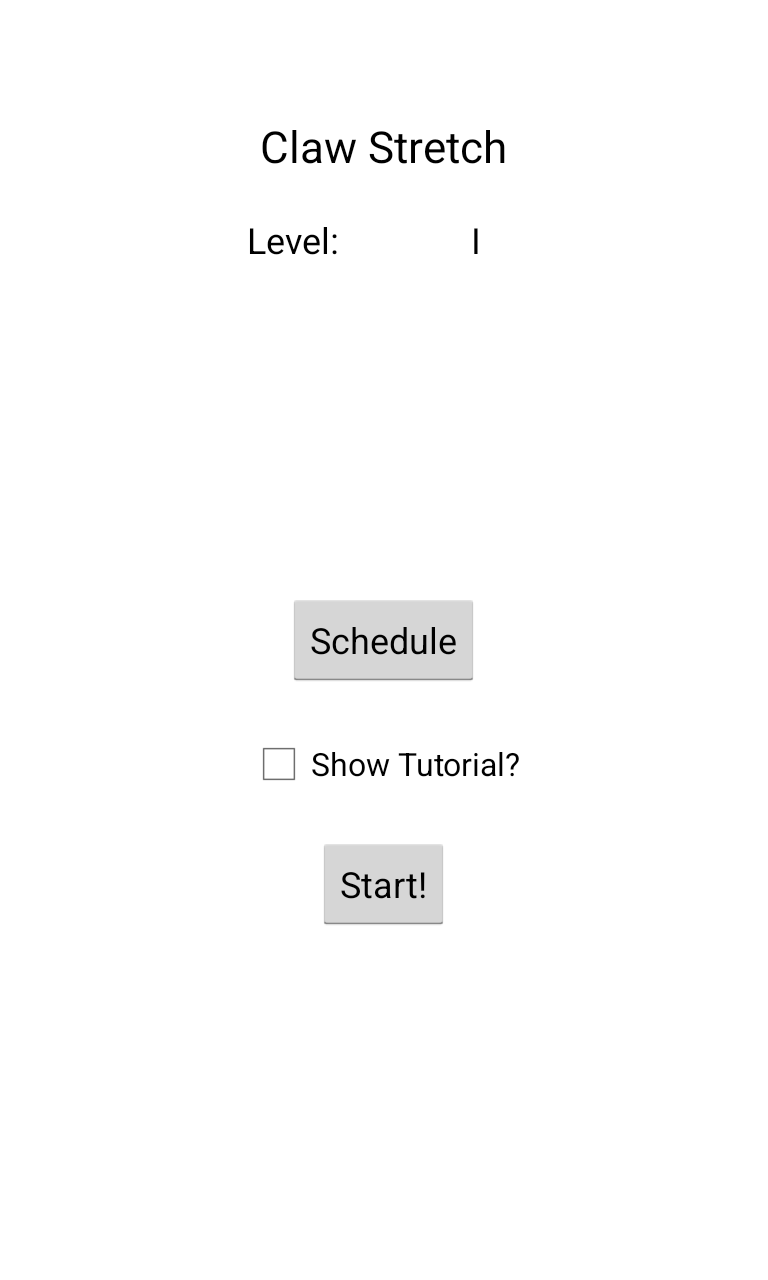
Repository: zi-yang-zhang/ECSE424-Group8
Layout: Hi Fi Prototype/ReHand/ReHand/res/layout/activity_open_and_close_page.xml
An editor plug-in stored every save of this project. The layout is shown before and after the next save, followed by the edit.
It is drawn on a 768 x 1280 px phone screen (xhdpi) without system bars, with theme AppTheme; the app's code is not run.

Above is the layout before, as saved 2014-02-18 05:09:17.

### Hi Fi Prototype/ReHand/ReHand/res/layout/activity_open_and_close_page.xml
<RelativeLayout xmlns:android="http://schemas.android.com/apk/res/android"
    xmlns:tools="http://schemas.android.com/tools"
    android:layout_width="match_parent"
    android:layout_height="match_parent"
    android:paddingBottom="@dimen/activity_vertical_margin"
    android:paddingLeft="@dimen/activity_horizontal_margin"
    android:paddingRight="@dimen/activity_horizontal_margin"
    android:paddingTop="@dimen/activity_vertical_margin"
    tools:context=".ClawStretchPage" >

    <TextView
        android:id="@+id/textView1"
        android:layout_width="wrap_content"
        android:layout_height="wrap_content"
        android:layout_alignParentTop="true"
        android:layout_centerHorizontal="true"
        android:layout_marginTop="42dp"
        android:text="@string/exercise_botton_text_claw_stretch"
        android:textAppearance="?android:attr/textAppearanceLarge" />

    <TextView
        android:id="@+id/textView3"
        android:layout_width="wrap_content"
        android:layout_height="wrap_content"
        android:layout_alignBottom="@+id/textView2"
        android:layout_alignRight="@+id/button1"
        android:text="@string/claw_stretch_level"
        android:textAppearance="?android:attr/textAppearanceMedium" />

    <Button
        android:id="@+id/button1"
        android:layout_width="wrap_content"
        android:layout_height="wrap_content"
        android:layout_centerHorizontal="true"
        android:layout_centerVertical="true"
        android:text="@string/exercise_botton_schedule" />

    <CheckBox
        android:id="@+id/claw_stretch_tutorial"
        android:layout_width="wrap_content"
        android:layout_height="wrap_content"
        android:layout_below="@+id/button1"
        android:layout_centerHorizontal="true"
        android:layout_marginTop="22dp"
        android:text="@string/exercise_tutorial_check_box" />

    <TextView
        android:id="@+id/textView2"
        android:layout_width="wrap_content"
        android:layout_height="wrap_content"
        android:layout_alignLeft="@+id/claw_stretch_tutorial"
        android:layout_below="@+id/textView1"
        android:layout_marginTop="20dp"
        android:text="@string/exercise_level_text"
        android:textAppearance="?android:attr/textAppearanceMedium" />

    <Button
        android:id="@+id/button2"
        android:layout_width="wrap_content"
        android:layout_height="wrap_content"
        android:layout_below="@+id/claw_stretch_tutorial"
        android:layout_centerHorizontal="true"
        android:layout_marginTop="20dp"
        android:text="@string/exercise_start_botton_text"
        android:onClick="goToExercisePage"/>

</RelativeLayout>

### Hi Fi Prototype/ReHand/ReHand/res/values/strings.xml
<?xml version="1.0" encoding="utf-8"?>
<resources>

    <string name="app_name">ReHand</string>
    <string name="action_settings">Settings</string>
    <string name="hello_world">Hello world!</string>
    <string name="greeting_words">Welcome To ReHand</string>
    <string name="touch_screen_instructions">Tap on either botton to continue</string>
    <string name="sign_up">Sign Up now!</string>
    <string name="log_in">Log In!</string>
    <string name="title_activity_home_page">HomePage</string>
    <string name="greeting_home_page">Welcome Back!</string>
    <string name="exercises">Exercises</string>
    <string name="schedule">Schedule</string>
    <string name="title_activity_exercise_list_page">ExerciseListPage</string>
    <string name="title_activity_schedule_page">SchedulePage</string>
    <string name="exercise_botton_text_claw_stretch">Claw Stretch</string>
    <string name="title_activity_claw_stretch_page">ClawStretchPage</string>
    <string name="exercise_level_text">"Level: "</string>
    <string name="claw_stretch_level">I</string>
    <string name="exercise_botton_schedule">Schedule</string>
    <string name="exercise_tutorial_check_box">Show Tutorial?</string>
    <string name="exercise_start_botton_text">Start!</string>
    <string name="title_activity_claw_stretch_exercise">ClawStretchExercise</string>
    <string name="test_end_game">End Game</string>
    <string name="title_activity_claw_stretch_tutorial_page">ClawStretchTutorialPage</string>
    <string name="title_activity_claw_stretch_result">ClawStretchResult</string>
    <string name="exercise_text_arm_rotation">Arm Rotation</string>
    <string name="excercise_text_elbow_extension">Elbow Extension</string>
    <string name="arm_rotation_level">I</string>
    <string name="elbow_extension_level">I</string>
    <string name="exercise_text_finger_grip">Finger Grip</string>
    <string name="finger_grip_level">I</string>
    <string name="exercise_text_open_and_close">Open And Close</string>
    <string name="open_and_close_level">I</string>

</resources>

Loaded but not shown: Hi Fi Prototype/ReHand/ReHand/res/values/styles.xml (common file); Hi Fi Prototype/ReHand/ReHand/res/values-v11/styles.xml (common file); Hi Fi Prototype/ReHand/ReHand/res/values-v14/styles.xml (common file); Hi Fi Prototype/ReHand/ReHand/res/values/dimens.xml (common file)

After the next save:
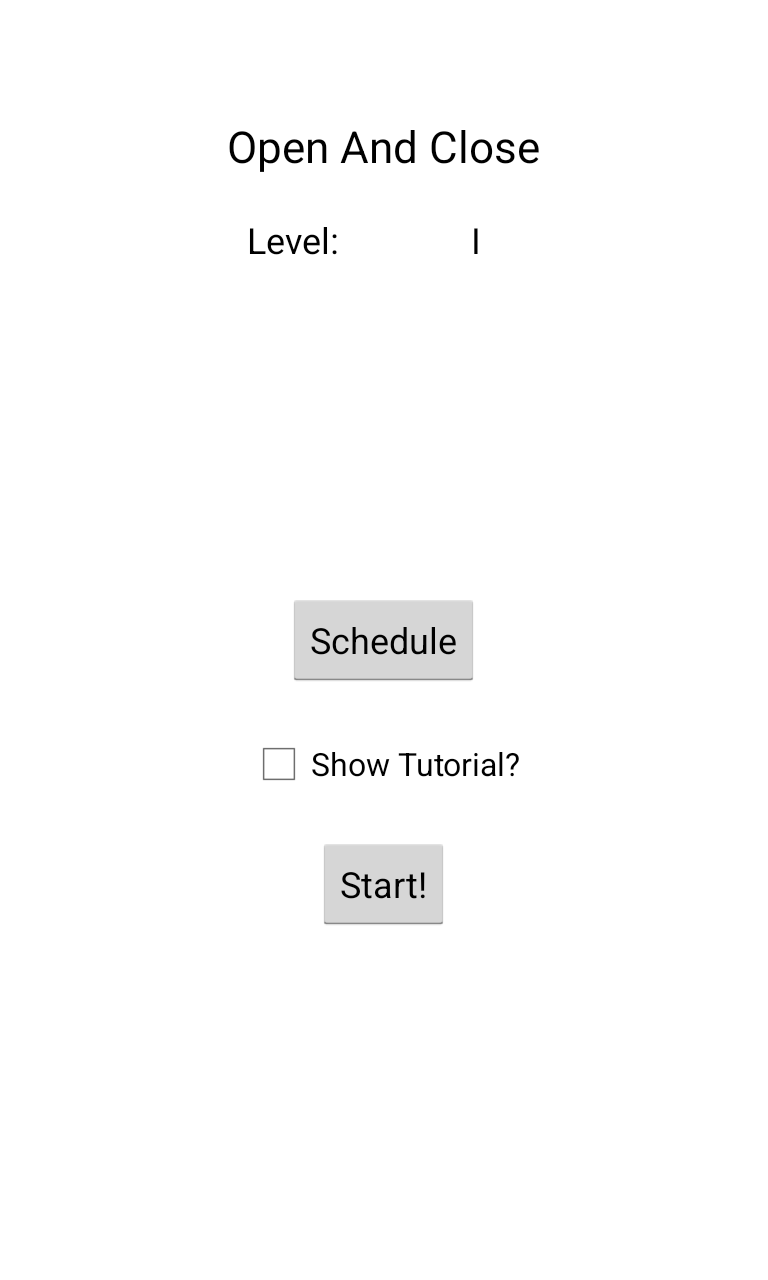
Saved 3 s later.
--- a/Hi Fi Prototype/ReHand/ReHand/res/layout/activity_open_and_close_page.xml
+++ b/Hi Fi Prototype/ReHand/ReHand/res/layout/activity_open_and_close_page.xml
@@ -15,7 +15,7 @@
         android:layout_alignParentTop="true"
         android:layout_centerHorizontal="true"
         android:layout_marginTop="42dp"
-        android:text="@string/exercise_botton_text_claw_stretch"
+        android:text="@string/exercise_text_open_and_close"
         android:textAppearance="?android:attr/textAppearanceLarge" />
 
     <TextView
@@ -24,7 +24,7 @@
         android:layout_height="wrap_content"
         android:layout_alignBottom="@+id/textView2"
         android:layout_alignRight="@+id/button1"
-        android:text="@string/claw_stretch_level"
+        android:text="@string/open_and_close_level"
         android:textAppearance="?android:attr/textAppearanceMedium" />
 
     <Button
